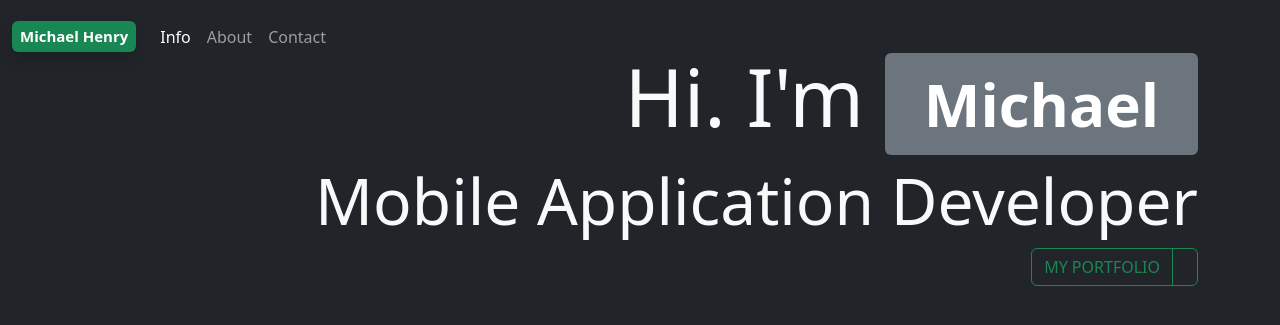
Repository: kenyi-mic/Portfolio_bootstrap
Page: index.html
These files come from the project's save history. The page is drawn as it stood at one moment and after the next save; the edit follows.
The browser window is 1280 px wide. The pictures show the whole page.

Above is the page before, as saved 2022-11-25 14:10:27.

### index.html
<!DOCTYPE html>
<html lang="en">

<head>
    <meta charset="UTF-8">
    <meta http-equiv="X-UA-Compatible" content="IE=edge">
    <meta name="viewport" content="width=device-width, initial-scale=1.0">
    <!---Bootstrap icon cdn-->
    <link rel="stylesheet" href="https://cdn.jsdelivr.net/npm/bootstrap-icons@1.10.2/font/bootstrap-icons.css">
    <link rel="stylesheet" href="style.css">
    <title>Michael Kenyi</title>
    <!---Bootstrap css-->
    <link href="https://cdn.jsdelivr.net/npm/bootstrap@5.2.3/dist/css/bootstrap.min.css" rel="stylesheet"
        integrity="sha384-rbsA2VBKQhggwzxH7pPCaAqO46MgnOM80zW1RWuH61DGLwZJEdK2Kadq2F9CUG65" crossorigin="anonymous">
</head>

<body class="v-100 bg-dark text-light">
    <!---Navigation--->
    <nav class="navbar navbar-expand-md navbar-dark fixed-top">
        <div class="container-fluid">
            <a href="" class="navbar-brand"><span class="badge bg-success p-2 my-2 shadow">Michael
                    Henry</span></a>
            <button class="navbar-toggler" type="button" data-bs-toggle="collapse" data-bs-target="#navbarMain">
                <span class="navbar-toggler-icon"></span></button>
            <div class="collapse navbar-collapse" id="navbarMain">
                <ul class="navbar-nav me-auto mb-2 mb-lg-0" style="z-index:10">
                    <li class="nav-item"><a href="" data-bs-toggle="collapse" data-bs-target=".multi-collapse"
                            aria-expanded="false" aria-control="about contact" class="nav-link active">Info</a></li>
                    <li class="nav-item"><a href="#about" role="button" data-bs-toggle="collapse" aria-expanded="false"
                            aria-control="about" class="nav-link">About</a></li>
                    <li class="nav-item"><a role="button" data-bs-toggle="collapse" aria-expanded="false"
                            aria-control="contact" href="#contact" class="nav-link">Contact</a></li>
                </ul>
            </div>
        </div>
    </nav>
    <!---Header---->
    <header class="container fixed-top text-end mt-5">
        <h1 class="display-1">
            Hi. I'm <span class="badge bg-secondary">Michael</span>
        </h1>
        <h2 class="display-3">Mobile Application Developer</h2>
        <!--HEADER > portfolio & email group-->
        <div class="btn-group">
            <!--Profile btn-->
            <button class="btn btn-outline-success text-uppercase" type="button" data-bs-toggle="offcanvas"
                aria-controls="portfolio" data-bs-target="#portfolio">My Portfolio</button>

            <!--Email btn-->
            <button class="btn btn-outline-success text-uppercase" type="button" data-bs-toggle="offcanvas"
                aria-controls="portfolio" data-bs-target="#email"><i class="bi bi-envelope-closed"></i></button>
        </div>
    </header>



    <!---Bootstrap javascript-->
    <script src="https://cdn.jsdelivr.net/npm/bootstrap@5.2.3/dist/js/bootstrap.bundle.min.js"
        integrity="sha384-kenU1KFdBIe4zVF0s0G1M5b4hcpxyD9F7jL+jjXkk+Q2h455rYXK/7HAuoJl+0I4"
        crossorigin="anonymous"></script>
</body>

</html>

### style.css

body{

    background-image:url('https://images.unsplash.com/photo-1555952517-2e8e729e0b44?ixlib=rb-4.0.3&ixid=MnwxMjA3fDB8MHxzZWFyY2h8MzN8fHBlcnNvbnxlbnwwfHwwfHw%3D&auto=format&fit=crop&w=500&q=60')!;
    background-repeat:no-repeat;
    background-size:contain;
    background-position:center;
}

After the next save:
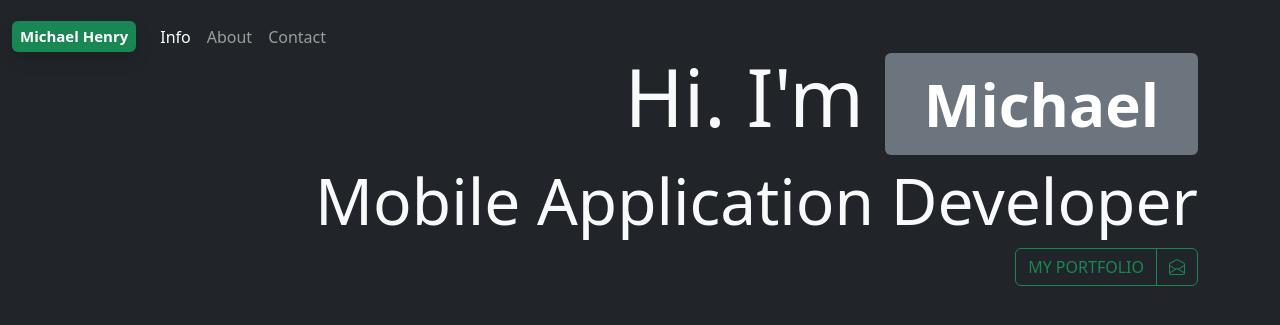
Saved 10 s later.
--- a/index.html
+++ b/index.html
@@ -48,7 +48,7 @@
 
             <!--Email btn-->
             <button class="btn btn-outline-success text-uppercase" type="button" data-bs-toggle="offcanvas"
-                aria-controls="portfolio" data-bs-target="#email"><i class="bi bi-envelope-closed"></i></button>
+                aria-controls="portfolio" data-bs-target="#email"><i class="bi bi-envelope-open"></i></button>
         </div>
     </header>
 
